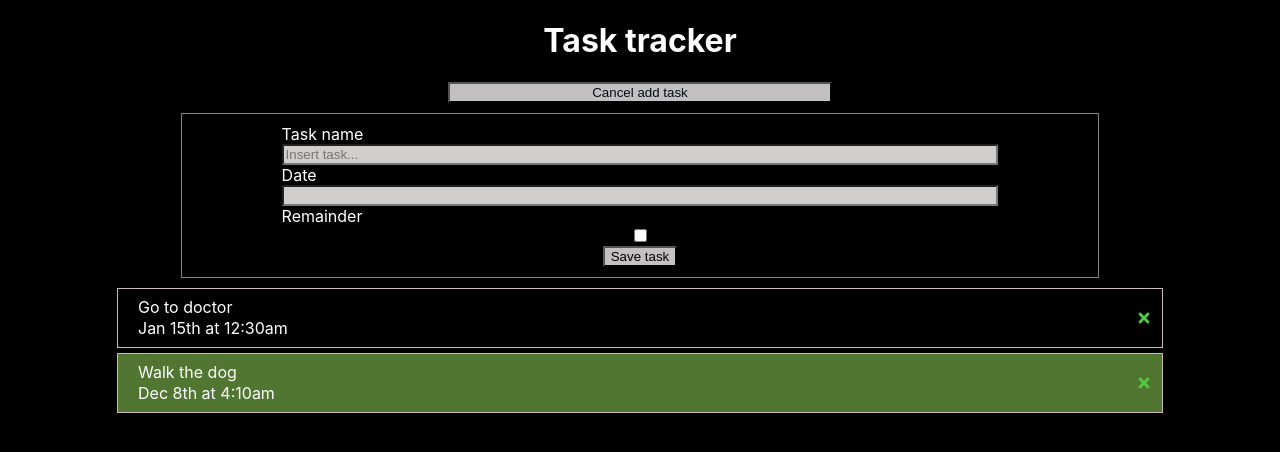
Repository: roscaImarius/task-tracker-react
Page: /, after clicking the first element matching `button.add-btn`
An editor plug-in stored every save of this project. The page is shown before and after the next save, followed by the edit.
The browser window is 1280 px wide. The pictures show the whole page.
The project was rebuilt for these pictures with package versions that can differ from the ones it lists, and the page was loaded fresh each time. Requests to the local data server were answered from the project's data file.

Above is the page before, as saved 2021-03-31 16:36:02.

### src/App.js
import "./App.css";
import Header from "./components/Header";
import React, { useState, useEffect } from "react";

function App() {
  const [showAdd, setShowAdd] = useState(false);
  const [tasks, setTasks] = useState([]);

  useEffect(() => {
    const getTasks = async () => {
      const tasksFromServer = await fetchTasks();
      setTasks(tasksFromServer);
    };

    getTasks();
  }, []);

  //fetch tasks
  const fetchTasks = async () => {
    const res = await fetch("http://localhost:5000/tasks");
    const data = await res.json();
    // console.log(data);
    return data;
  };

  //fetch task
  const fetchTask = async (id) => {
    const res = await fetch(`http://localhost:5000/tasks/${id}`);
    const data = await res.json();
    return data;
  };

  // show add form
  const onClickAdd = () => {
    setShowAdd(!showAdd);
  };

  // ADD task
  const addTask = async (task) => {
    // let randId = new Date().getTime();
    // const newTask = { id: randId, ...task };
    // console.log(newTask);
    // setTasks([...tasks, newTask]);

    const res = await fetch("http://localhost:5000/tasks", {
      method: "POST",
      headers: {
        "Content-type": "application/json",
      },
      body: JSON.stringify(task),
    });
    const data = await res.json();
    setTasks([...tasks, data]);
    setShowAdd(false);
  };

  //delete task
  const onDelete = async (id) => {
    await fetch(`http://localhost:5000/tasks/${id}`, {
      method: "DELETE",
    });

    setTasks(tasks.filter((t) => t.id !== id));
  };

  // Mark task
  const onDubleClick = async (id) => {
    const taskToToggle = await fetchTask(id);
    const updTask = { ...taskToToggle, reminder: !taskToToggle.reminder };

    const res = await fetch(`http://localhost:5000/tasks/${id}`, {
      method: "PUT",
      headers: {
        "Content-type": "application/json",
      },
      body: JSON.stringify(updTask),
    });

    const data = await res.json();
    setTasks(
      tasks.map((task) =>
        task.id === id ? { ...task, reminder: data.reminder } : task
      )
    );
  };
  return (
    <div className="App">
      <Header
        showAdd={showAdd}
        setShowAdd={setShowAdd}
        title={"Task tracker"}
        onDelete={onDelete}
        addTask={addTask}
        onClickAdd={onClickAdd}
        onDubleClick={onDubleClick}
        tasks={tasks}
      />
      {tasks.length === 0 ? <p>No tasks to show</p> : null}
    </div>
  );
}

export default App;

### src/App.css
.App {
  text-align: center;
}
body {
  background-color: black;
  color: white;
}

/* HEADER */
.header-container {
  display: flex;
  flex-direction: column;
}
.add-btn {
  background-color: black;
  color: rgb(2, 13, 22);
  margin: auto;
  width: 30%;
}
.task {
  display: flex;
  justify-content: space-between;
  padding-left: 20px;
  margin: auto;
  line-height: 5px;
  margin-bottom: 5px;
  border: 1px solid rgb(204, 186, 186);
  width: 80%;
  text-align: start;
}
.x {
  margin-right: 10px;
  color: rgb(82, 201, 67);
  margin: auto 5px;
  cursor: pointer;
  padding: 5px;
}
.marked {
  background-color: rgba(161, 236, 100, 0.5);
}
/* FORM */
.form-field {
  margin: 0 auto;
  display: flex;
  flex-direction: column;
  text-align: start;
  width: 80%;
  box-sizing: border-box;
}
.form-container {
  margin: auto;
  width: 70%;
  display: inline-block;
  padding: 10px;
  border: 1px solid gray;
  margin-bottom: 10px;
}
.saveTask {
  background-color: rgb(194, 192, 192);
}
input {
  background-color: rgb(209, 206, 206);
}

### src/components/Header.js
import React from "react";
import PropTypes from "prop-types";
import Tasks from "./Tasks";
import Button from "./Button";
import AddTask from "./AddTask";

const Header = ({
  title,
  onClickAdd,
  onDelete,
  addTask,
  onDubleClick,
  tasks,
  showAdd,
  setShowAdd,
}) => {
  return (
    <header className="header-container">
      <h1>{title}</h1>
      <Button
        onClick={onClickAdd}
        showAdd={showAdd}
        setShowAdd={setShowAdd}
        // color={showAdd? 'green' : 'red'}
      />
      {showAdd && <AddTask addTask={addTask} />}
      <Tasks onDelete={onDelete} onDubleClick={onDubleClick} tasks={tasks} />
    </header>
  );
};

Header.defaultProps = {
  title: "Task tracker",
};

Header.propTypes = {
  title: PropTypes.string.isRequired,
};

export default Header;

### src/components/Tasks.js
import React from "react";
import Task from "./Task";

const Tasks = ({ tasks, onDubleClick, onDelete }) => {
  return (
    <div>
      {tasks.map((t) => (
        <Task
          key={t.id}
          onDubleClick={onDubleClick}
          onDelete={onDelete}
          t={t}
        />
      ))}
    </div>
  );
};

export default Tasks;

### src/components/Button.js
import React from "react";

const Button = ({ color, showAdd, onClick }) => {
  return (
    <button
      onClick={onClick}
      style={{ backgroundColor: color, marginBottom: "10px" }}
      className="add-btn"
    >
      {showAdd ? "Cancel add task " : "Add task"}
    </button>
  );
};
Button.defaultProps = {
  color: " rgb(194, 192, 192)",
};

export default Button;

### src/components/AddTask.js
import React, { useState } from "react";

const AddTask = ({ addTask }) => {
  const [text, setText] = useState("");
  const [date, setDate] = useState("");
  const [reminder, setReminder] = useState(false);
  const [textAdded, setTextAdded] = useState(true);

  const onSubmit = (e) => {
    e.preventDefault();
    if (!text) {
      setTextAdded(false);
      return;
    }

    addTask({ text, date, reminder });

    setText("");
    setDate("");
    setReminder(false);
  };

  //   console.log(text, date, remainder);
  return (
    <form className="form-container" onSubmit={onSubmit}>
      <div className="form-field">
        <label htmlFor="text">Task name</label>
        <input
          type="text"
          value={text}
          id="text"
          placeholder="Insert task..."
          onChange={(e) => {
            setTextAdded(true);
            setText(e.target.value);
          }}
        />
        {!textAdded ? <p>* Required!</p> : ""}
      </div>
      <div className="form-field">
        <label htmlFor="date">Date</label>
        <input
          type="text"
          id="date"
          value={date}
          onChange={(e) => setDate(e.target.value)}
        />
      </div>
      <div className="form-field">
        <label htmlFor="remainder">Remainder</label>
        <input
          type="checkbox"
          id="reminder"
          checked={reminder}
          onChange={(e) => setReminder(e.currentTarget.checked)}
        />
      </div>
      <input className="saveTask" type="submit" value="Save task" />
    </form>
  );
};

export default AddTask;

### src/components/Task.js
import React from "react";
import { FaTimes } from "react-icons/fa";

const Task = ({ t, onDubleClick, onDelete }) => {
  return (
    <div
      className={`task ${t.reminder ? "marked " : ""}`}
      onDoubleClick={() => onDubleClick(t.id)}
    >
      <div>
        <p>{t.text}</p>
        <p>{t.day}</p>
      </div>
      <FaTimes className="x" onClick={() => onDelete(t.id)} />
    </div>
  );
};

export default Task;

### db.json
{
  "tasks": [
    {
      "id": 1,
      "text": "Go to doctor",
      "day": "Jan 15th at 12:30am",
      "reminder": false
    },
    {
      "id": 2,
      "text": "Walk the dog",
      "day": "Dec 8th at 4:10am",
      "reminder": true
    }
  ]
}

Loaded but not shown: public/index.html (common file); src/index.js (common file); src/index.css (common file); src/reportWebVitals.js (common file)

After the next save:
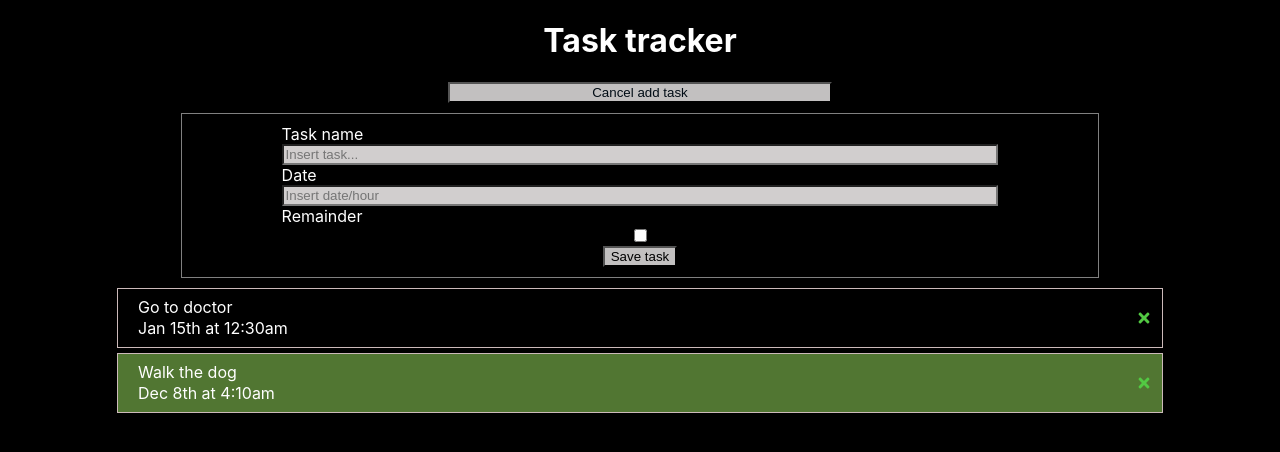
Saved 34 s later.
--- a/src/components/AddTask.js
+++ b/src/components/AddTask.js
@@ -43,6 +43,7 @@ const AddTask = ({ addTask }) => {
           type="text"
           id="date"
           value={date}
+          placeholder="Insert date/hour"
           onChange={(e) => setDate(e.target.value)}
         />
       </div>
